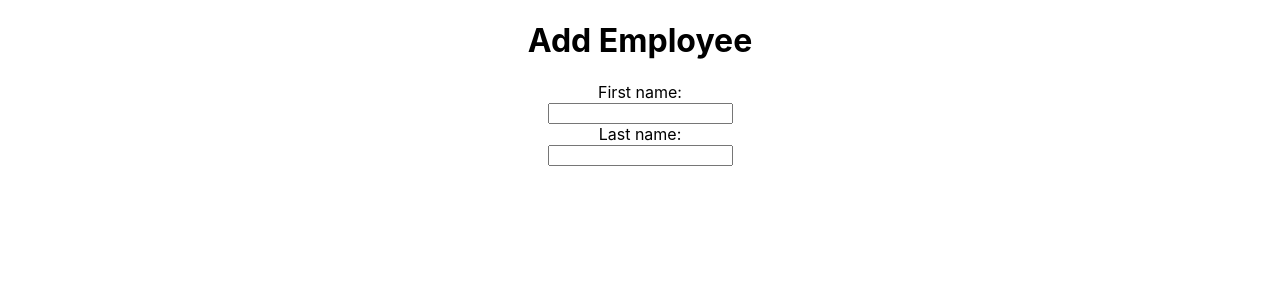
Repository: Biniyamkb/Evangadi-forum
Page: /addemployee (app in demoapp/frontend/)
An editor plug-in stored every save of this project. The page is shown before and after a run of saves, followed by the edit.
The browser window is 1280 px wide. The pictures show the whole page.
The project was rebuilt for these pictures with package versions that can differ from the ones it lists, and the page was loaded fresh each time. Also part of the build but not shown: demoapp/frontend/src/Pages/Home.js, demoapp/frontend/src/Pages/Login.js.

Above is the page before, as saved 2025-05-04 22:02:50.

### demoapp/frontend/src/index.js
import React from "react";
import ReactDOM from "react-dom/client";
import "./index.css";
import App from "./App";
import reportWebVitals from "./reportWebVitals";
//import the Router from react-router-dom
import { BrowserRouter } from "react-router-dom";
const root = ReactDOM.createRoot(document.getElementById("root"));
root.render(
  <React.StrictMode>
    <BrowserRouter>
      <App />
    </BrowserRouter>
  </React.StrictMode>
);

// If you want to start measuring performance in your app, pass a function
// to log results (for example: reportWebVitals(console.log))
// or send to an analytics endpoint. Learn more: https://bit.ly/CRA-vitals
reportWebVitals();

### demoapp/frontend/src/App.js
import "./App.css";
//import the Router from react-router-dom
import { Routes, Route } from "react-router";
import Home from "./Pages/Home";
import Login from "./Pages/Login";
import AddEmployee from "./Pages/AddEmployee";
function App() {
  return (
    <div className="App">
      <Routes>
        <Route path="/" element={<Home />} />
        <Route path="/addemployee" element={<AddEmployee />} />
        <Route path="/login" element={<Login />} />
      </Routes>
    </div>
  );
}

export default App;

### demoapp/frontend/src/Pages/AddEmployee.js
import React from 'react'

function AddEmployee() {
  return (
    <div>
    < h1>Add Employee</h1>
    <form>
        <label htmlFor="fname">First name:</label><br/>
        <input type="text" id="fname" name="fname"/><br/>
        <label htmlFor="lname">Last name:</label><br/>
        <input type="text" id="lname" name="lname"/><br/>
    </form>
    </div>
  )
}

export default AddEmployee

Loaded but not shown: demoapp/frontend/public/index.html (common file); demoapp/frontend/src/index.css (common file); demoapp/frontend/src/reportWebVitals.js (common file); demoapp/frontend/src/App.css (common file)

After the next 3 saves:
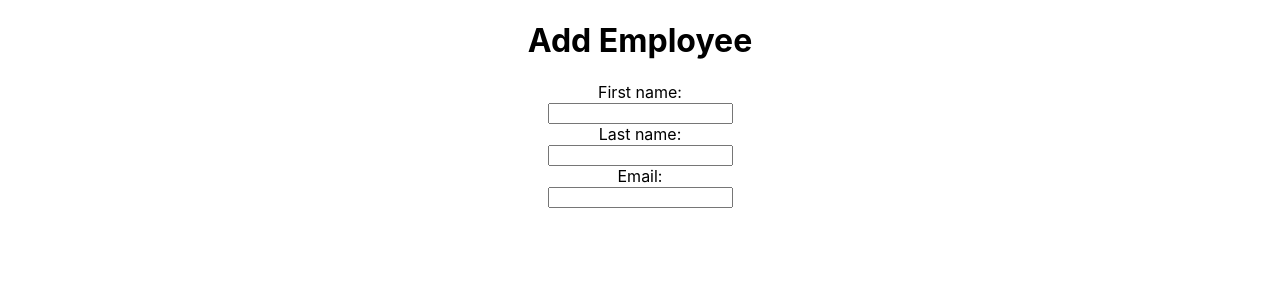
The 3 saves are shown as one change because they came seconds apart.
The last was saved 43 s later.
--- a/demoapp/frontend/src/Pages/AddEmployee.js
+++ b/demoapp/frontend/src/Pages/AddEmployee.js
@@ -9,6 +9,8 @@ function AddEmployee() {
         <input type="text" id="fname" name="fname"/><br/>
         <label htmlFor="lname">Last name:</label><br/>
         <input type="text" id="lname" name="lname"/><br/>
+        <label htmlFor="email">Email:</label><br/>
+        <input type="email" id="email" name="email"/><br/>
     </form>
     </div>
   )
